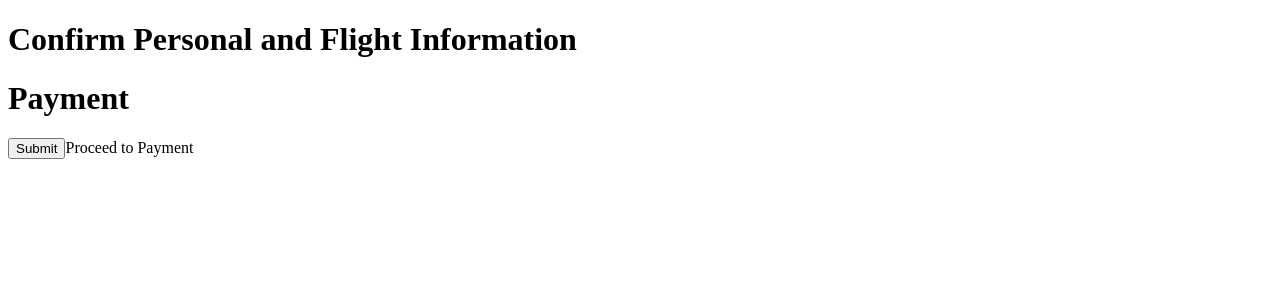
Repository: Shivani2392/FlyAwayProject
Page: http://localhost/FlightBookingPortal/BookFlight.jsp
An editor plug-in stored every save of this project. The page is shown before and after the next save, followed by the edit.
The browser window is 1280 px wide. The pictures show the whole page.
The page is served by Tomcat 9.

Above is the page before, as saved 2020-11-20 16:08:40.

After the next save:
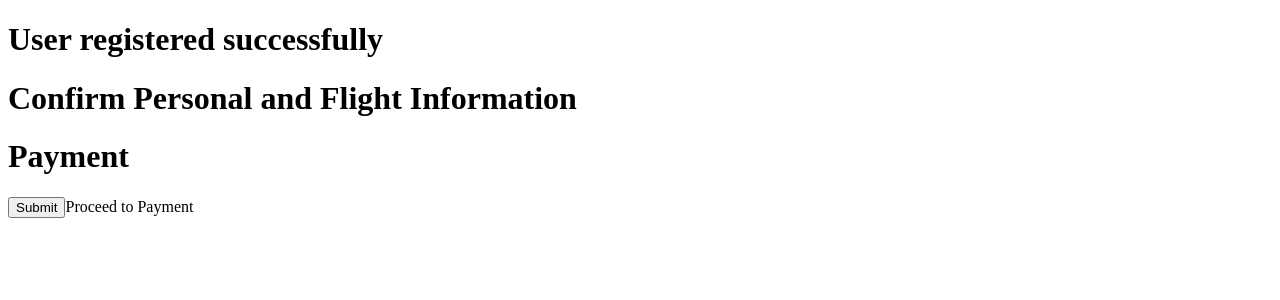
Saved 66 s later.
--- a/FlightBookingPortal/src/main/webapp/BookFlight.jsp
+++ b/FlightBookingPortal/src/main/webapp/BookFlight.jsp
@@ -7,6 +7,8 @@
 <title>Flight Details</title>
 </head>
 <body>
+<h1>User registered successfully</h1>
+
 <h1>Confirm Personal and Flight Information</h1>
 
 
